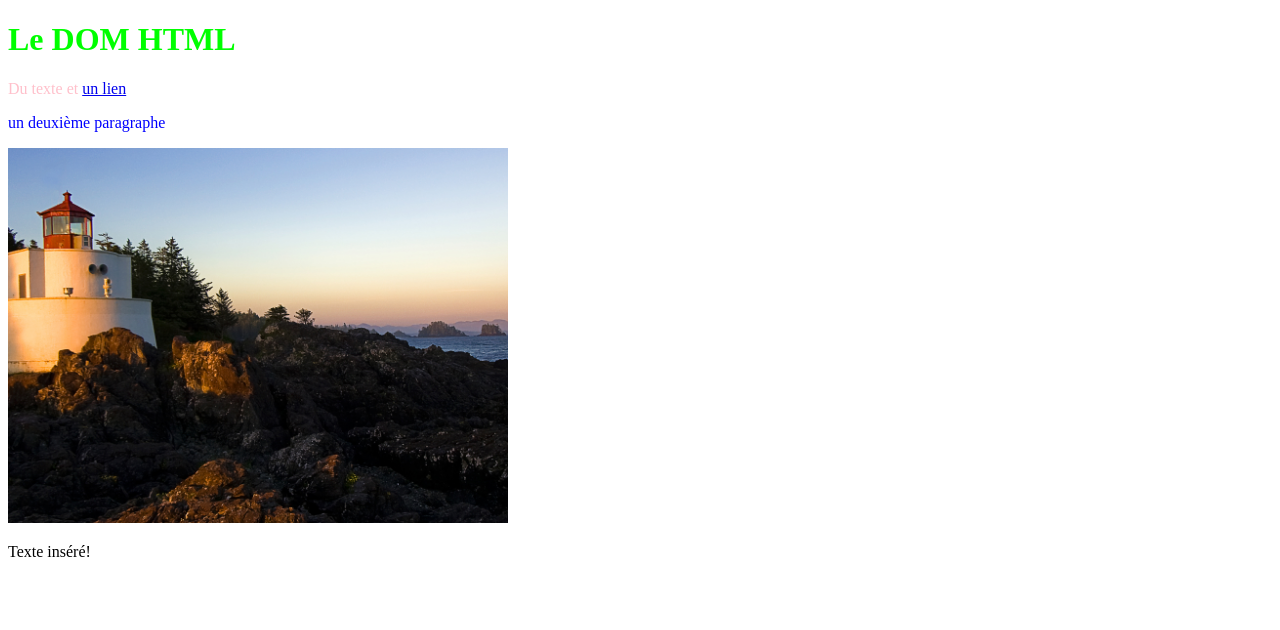
Repository: serviceshuios/-git-reference-java-lyon-worspace
Page: workspaceWeb/HtmlCssJavascript/WebContent/ModificationsDocumentEtElement.html
These files come from the project's save history. The page is drawn as it stood at one moment and after the next save; the edit follows.
The browser window is 1280 px wide. The pictures show the whole page.

Above is the page before, as saved 2017-04-05 13:00:20.

After the next save:
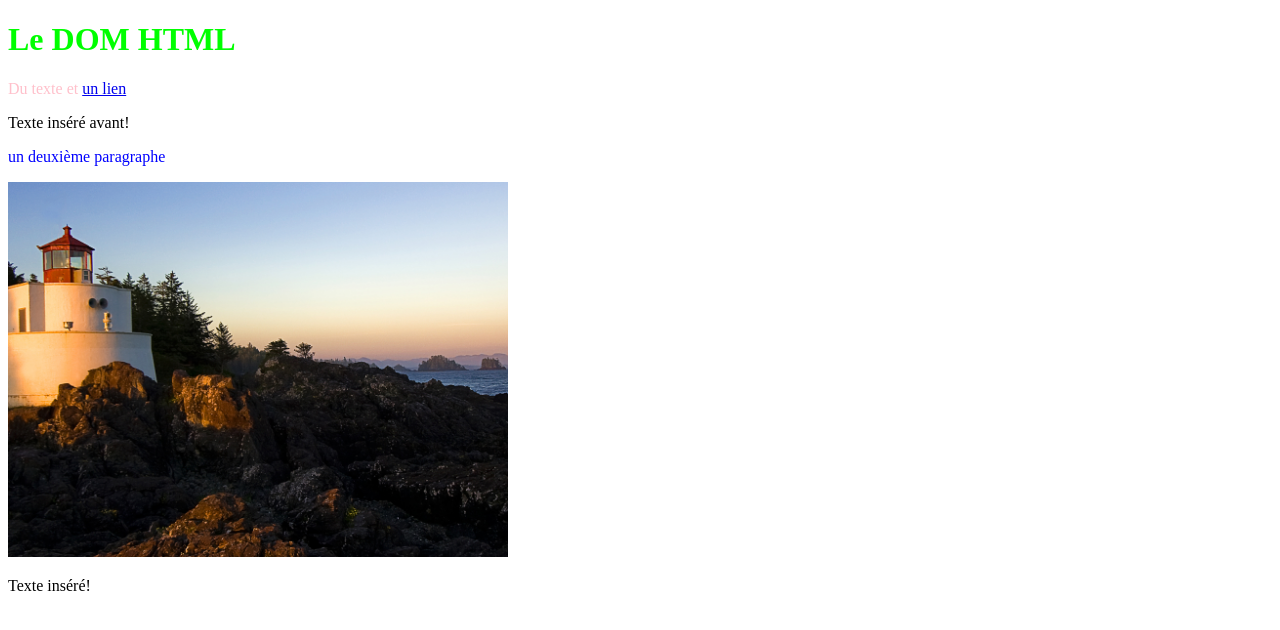
Saved 55 s later.
--- a/workspaceWeb/HtmlCssJavascript/WebContent/js/script6.js
+++ b/workspaceWeb/HtmlCssJavascript/WebContent/js/script6.js
@@ -16,4 +16,5 @@ var newPara2 = document.createElement('p');
 var texte = document.createTextNode("Texte inséré avant!");
 newPara2.appendChild(texte);
 
-var par1=document.querySelector('.para')
+var par1=document.querySelector('.para');
+document.body.insertBefore(newPara2,par1);
